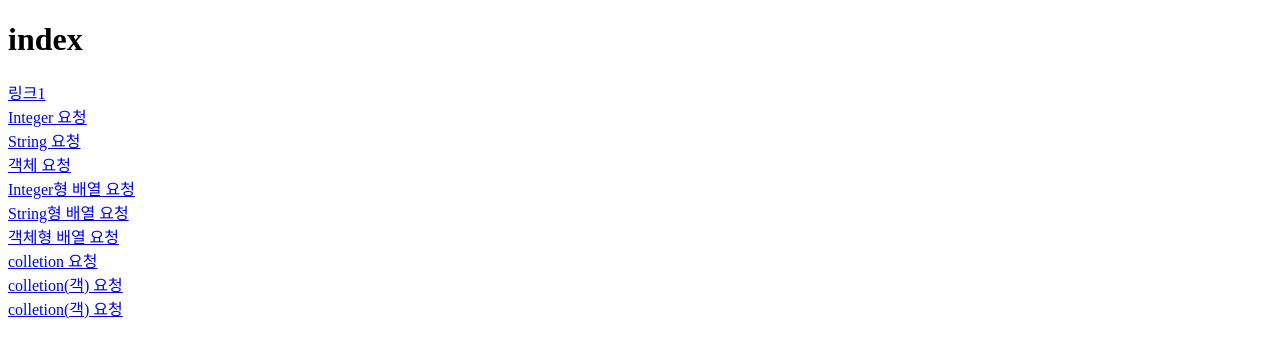
Repository: ekc1467/ClassMSA_EDU
Page: http://localhost/Service01/WEB-INF/views/index.jsp
The author's editor kept a copy of each file at every save. The page is drawn from the files as they stood at one save, then again after the next save.
The browser window is 1280 px wide. The pictures show the whole page.
The page is served by Tomcat 9. Nobody is signed in. Other server files are loaded and not shown. The template is opened directly, without the code that normally fills it, so the values that code supplies are empty.

Above is the page before, as saved 2022-04-22 01:24:43.

### Service01/src/main/webapp/WEB-INF/views/index.jsp
<%@ page language="java" contentType="text/html; charset=EUC-KR"
    pageEncoding="EUC-KR"%>
<!DOCTYPE html>
<html>
<head>
<meta charset="EUC-KR">
<title>Insert title here</title>
</head>
<body>
	<h1>index</h1>
	<a href="t1">링크1</a><br/>
	<a href="t1/1000">Integer 요청</a><br/>
	<a href="t2/1000">String 요청</a><br/>
	<a href="t3/1000">객체 요청</a><br/>
	<a href="t4/1000">Integer형 배열 요청</a><br/>
	<a href="t5/1000">String형 배열 요청</a><br/>
	<a href="t6/1000">객체형 배열 요청</a><br/>
	<a href="t7/1000">colletion 요청</a><br/>
	<a href="t8/1000">colletion(객) 요청</a><br/>
	<a href="t9/1000">colletion(객) 요청</a><br/>

<!-- 	<a href="app/1000">App 요청</a><br/>
	<a href="cpp/1000">Cpp 요청</a><br/> -->
</body>
</html>

After the next save:
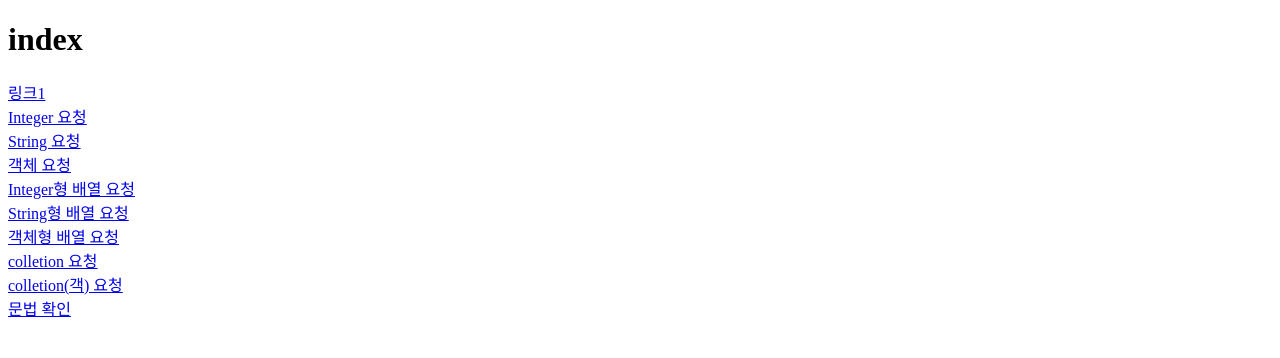
Saved 5 s later.
--- a/Service01/src/main/webapp/WEB-INF/views/index.jsp
+++ b/Service01/src/main/webapp/WEB-INF/views/index.jsp
@@ -17,7 +17,7 @@
 	<a href="t6/1000">객체형 배열 요청</a><br/>
 	<a href="t7/1000">colletion 요청</a><br/>
 	<a href="t8/1000">colletion(객) 요청</a><br/>
-	<a href="t9/1000">colletion(객) 요청</a><br/>
+	<a href="t9/1000">문법 확인</a><br/>
 
 <!-- 	<a href="app/1000">App 요청</a><br/>
 	<a href="cpp/1000">Cpp 요청</a><br/> -->
